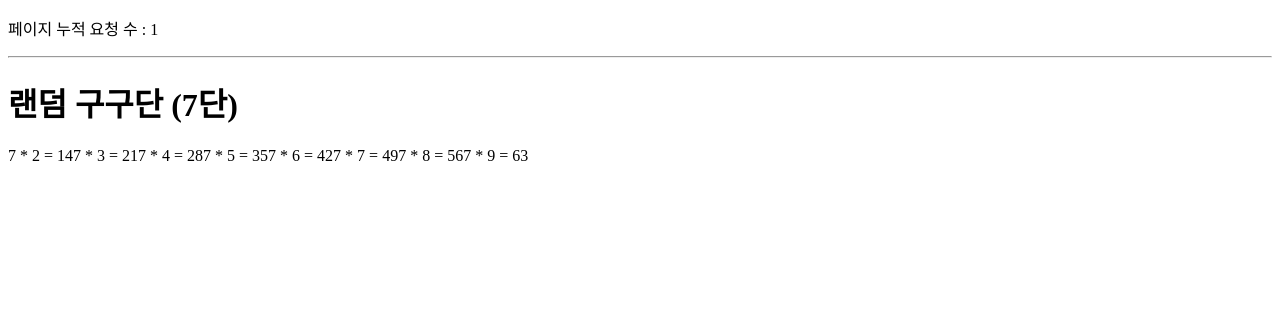
Repository: eyonghwan/jsp_practice
Page: http://localhost/JSPBasic/JspTag/TagQ02.jsp
An editor plug-in stored every save of this project. The page is shown before and after a run of saves, followed by the edit.
The browser window is 1280 px wide. The pictures show the whole page.
The page is served by Tomcat 9.

Above is the page before, as saved 2022-01-28 08:37:24.

### JSPBasic/src/main/webapp/JspTag/TagQ02.jsp
<%@ page language="java" contentType="text/html; charset=UTF-8"
    pageEncoding="UTF-8"%>
<!DOCTYPE html>
<html>
<head>
<meta charset="UTF-8">
<title>Insert title here</title>
</head>
<body>
<%!
	int view = 0;
	void randomgugudan() {
	for (int i = 1; i < 9; i++){
	// out.println(dan + " X " + i + " = " + dan * i);
	};
	}
%>
	<p>페이지 누적 요청 수 : <% out.println(++view); %> <br/>
	<% if(view % 10 == 0) {
		out.println("매 10번째 방문자에게는 기프티콘을 드립니다. <br/> 당첨되셨습니다!!");
		}
	%>
	</p>
	<hr/>
	<h1>랜덤 구구단 (<% out.print((int)(Math.random() * 9) + 1); %>단)</h1>
	<%
	int dan = (int)(Math.random() * 9) + 1;
	for(int i = 2; i < 10; i++) {
		out.print(dan + " * " + i + " = " + dan * i);
	}%>

</body>
</html>

After the next 2 saves:
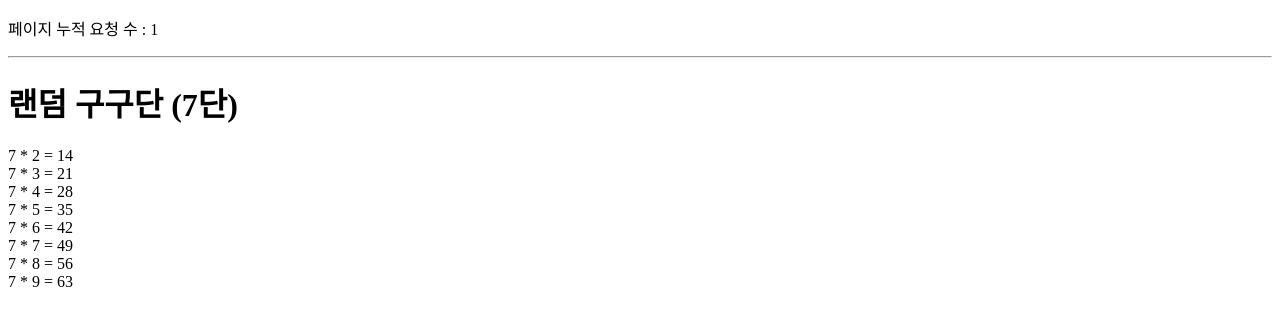
The 2 saves are shown as one change because they came seconds apart.
The last was saved 36 s later.
--- a/JSPBasic/src/main/webapp/JspTag/TagQ02.jsp
+++ b/JSPBasic/src/main/webapp/JspTag/TagQ02.jsp
@@ -26,7 +26,7 @@
 	<%
 	int dan = (int)(Math.random() * 9) + 1;
 	for(int i = 2; i < 10; i++) {
-		out.print(dan + " * " + i + " = " + dan * i);
+		out.print(dan + " * " + i + " = " + dan * i + "<br/>");
 	}%>
 
 </body>
